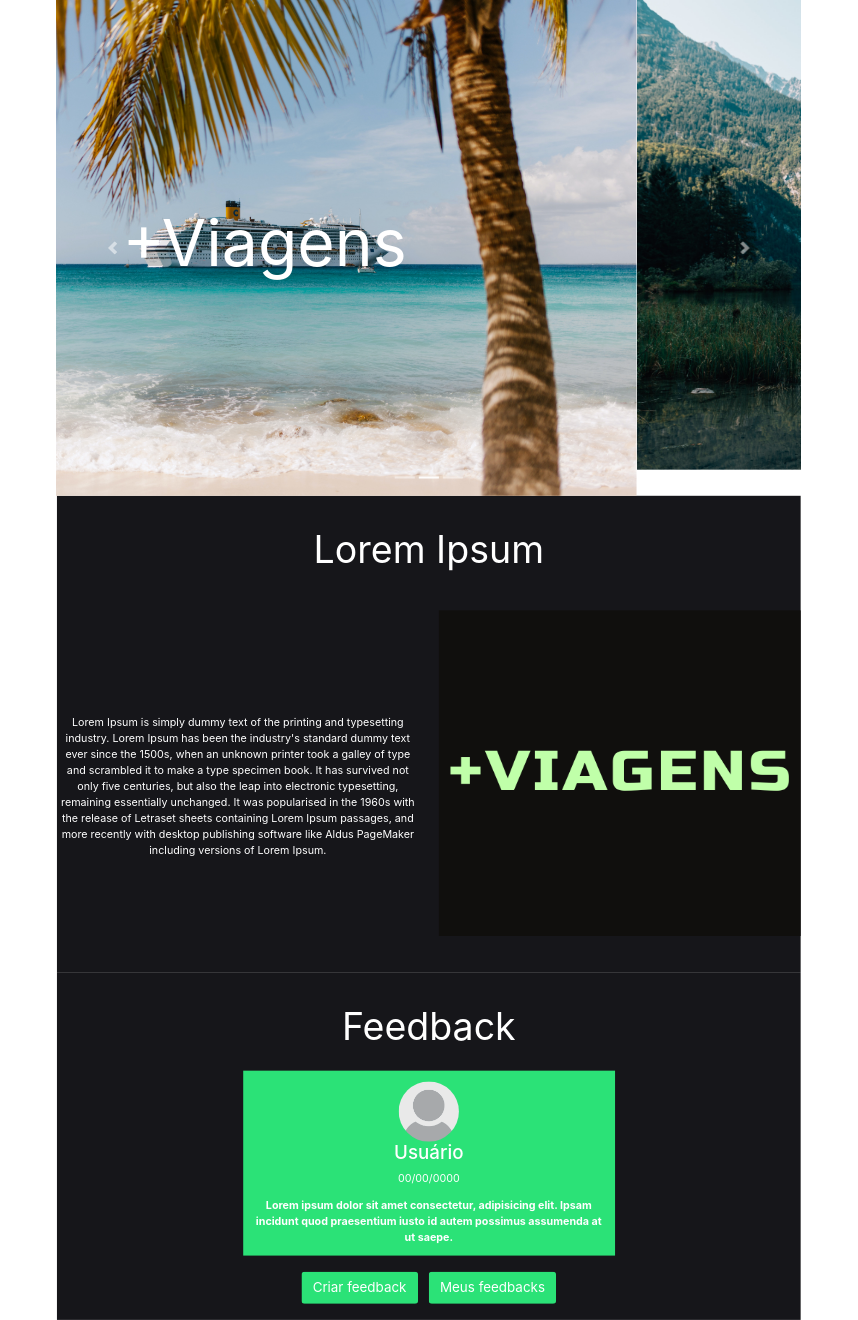
Repository: JulioSantooz/maisViagensSegundaVersao
Page: java-web(eclipse)/java-crud-mais-viagens/src/main/webapp/index.html
The author's editor kept a copy of each file at every save. The page is drawn from the files as they stood at one save, then again after the next save.
The browser window is 1280 px wide. The pictures show the whole page, at 67% of full size.
Some web libraries are served in a nearby version.

Above is the page before, as saved 2022-02-07 16:31:08.

### java-web(eclipse)/java-crud-mais-viagens/src/main/webapp/index.html
<!DOCTYPE html>
<html>
<head>
<meta charset="ISO-8859-1">
<link rel="stylesheet" href="https://maxcdn.bootstrapcdn.com/bootstrap/4.0.0/css/bootstrap.css">
<title>Insert title here</title>
</head>
<body>

<div class="container">

    <section id="carouselSite" class="carousel slide" data-ride="carousel">
        <ol class="carousel-indicators">
            <li data-target="#carouselSite" data-slide-to="0" class="active"></li>
            <li data-target="#carouselSite" data-slide-to="1"></li>
            <li data-target="#carouselSite" data-slide-to="2"></li>
        </ol>

        <div class="carousel-inner">
            <div class="carousel-item active">
                <img src="./img/foto-1.jpg" alt="Foto de carrossel" class=" img-fluid d-block">
                <div class="carousel-caption d-none d-md-block">
                    <h1 style="margin-bottom: 36%" class="display-1"><strong>+Viagens</strong></h1>
                </div>
            </div>
            <div class="carousel-item">
                <img src="./img/foto-2.jpg" alt="Foto de carrossel" class=" img-fluid d-block">
                <div class="carousel-caption d-none d-md-block">
                    <h1 style="margin-bottom: 36%" class="display-1"><strong>+Viagens</strong></h1>
                </div>
            </div>
            <div class="carousel-item">
                <img src="./img/foto-3.jpg" alt="Foto de carrossel" class=" img-fluid d-block">
                <div class="carousel-caption d-none d-md-block">
                    <h1 style="margin-bottom: 36%" class="display-1"><strong>+Viagens</strong></h1>
                </div>
            </div>
        </div>

        <a class="carousel-control-prev" href="#carouselSite" role="button" data-slide="prev">
            <span class="carousel-control-prev-icon"></span>
            <span class="sr-only">Anterior</span>
        </a>

        <a class="carousel-control-next" href="#carouselSite" role="button" data-slide="next">
            <span class="carousel-control-next-icon"></span>
            <span class="sr-only">Avançar</span>
        </a>
    </section>

    <article class="bg bg-primary">
        <div style="background-color: #16161a">
            <div class="row ">
                <div class="col-12 text-center my-5">
                    <h1 class="display-4 text-white"><strong>Lorem Ipsum</strong></h1>
                </div>
            </div>
            <div class="row">
                <div class="col-sm-12 col-md-8 col-lg-6 text-center d-flex align-items-center text-white">
                    <p>Lorem Ipsum is simply dummy text of the printing and typesetting industry.
                       Lorem Ipsum has been the industry's standard dummy text ever since the 1500s,
                       when an unknown printer took a galley of type and scrambled it to make a type
                       specimen book. It has survived not only five centuries, but also the leap into
                       electronic typesetting, remaining essentially unchanged. It was popularised in
                       the 1960s with the release of Letraset sheets containing Lorem Ipsum passages,
                       and more recently with desktop publishing software like Aldus PageMaker including
                       versions of Lorem Ipsum.</p>
                </div>
                <div class="col-sm-12 col-md-4 col-lg-6">
                    <img style="width: 100%; height: 90%;" src="./img/logo-agencia-de-viagens.png" alt="">
                </div>
            </div>
        </div>
    </article>

    <section style="background-color: #16161a;">
        <div class="row">
            <div class="col-12 text-center my-4">
                <h1 class="display-4 text-white mt-4"><strong>Feedback</strong></h1>
            </div>
            <div class="col-12 d-flex justify-content-center text-center">
                <div class=" col-sm-12 col-md-8 col-lg-6 text-white" style="background-color: rgb(43, 226, 119);">
                    <img style="width: 90px; border-radius: 50%" class="mt-3" src="./img/usuario.png" alt="">
                    <h3>Usuário</h3>
                    <p>00/00/0000</p>
                    <p><strong>Lorem ipsum dolor sit amet consectetur, adipisicing elit.
                        Ipsam incidunt quod praesentium iusto id autem possimus
                        assumenda at ut saepe.</strong></p>
                </div>
            </div>
        </div>
        <div class="row">
            <di class="col-12 d-flex justify-content-center my-4">
                <button type="button" class="btn btn-lg text-white mr-3" data-toggle="modal" data-target="#modalCriarFeedback" style="background-color: rgb(43, 226, 119);">
                    Criar feedback
                </button>
                <a class="btn btn-lg text-white" href="feedback.html" style="background-color: rgb(43, 226, 119);">
                    Meus feedbacks
                </a>

                  <!-- container do modal -->
                  <div class="modal" id="modalCriarFeedback">
                    <div class="modal-dialog">
                      <div class="modal-content">

                        <!-- cabecalho do modal -->
                        <div class="modal-header">
                          <h4 class="modal-title">Criar</h4>
                          <button type="button" class="close" data-dismiss="modal">&times;</button>
                        </div>

                        <!-- corpo do modal -->
                        <div class="modal-body">
                          <div class="container">
                              <h2 class="text-center">Feedback</h2>
                              <form action="/action_page.php" class="was-validated">
                                <div class="form-group">
                                  <label for="uname">Descrição:</label>
                                  <textarea  class="form-control" name="" id="uname" cols="30" rows="5"  placeholder="Digite..." required></textarea>
                                  <div class="valid-feedback">Preenchimento Válido</div>
                                  <div class="invalid-feedback">Campo Obrigatório</div>
                                </div>

                                  <div class="form-group">
                                  <label for="pwd">Data de criação:</label>
                                  <input type="date" class="form-control" id="pwd" placeholder="Digite a data" name="data" required>
                                  <div class="valid-feedback">Válido</div>
                                  <div class="invalid-feedback">Por favor, preencha a senha</div>
                                </div>

                                <button type="submit" class="btn btn-block my-4 text-white" style="background-color: rgb(43, 226, 119);">Criar</button>
                              </form>
                            </div>
                        </div>
                      </div>
                    </div>
                  </div>
            </di>
        </div>
    </section>

</div>

<script src="https://code.jquery.com/jquery-3.2.1.slim.min.js"></script>
<script src="https://cdnjs.cloudflare.com/ajax/libs/popper.js/1.12.9/umd/popper.min.js"></script>
<script src="https://maxcdn.bootstrapcdn.com/bootstrap/4.0.0/js/bootstrap.js"></script>

</body>
</html>

After the next save:
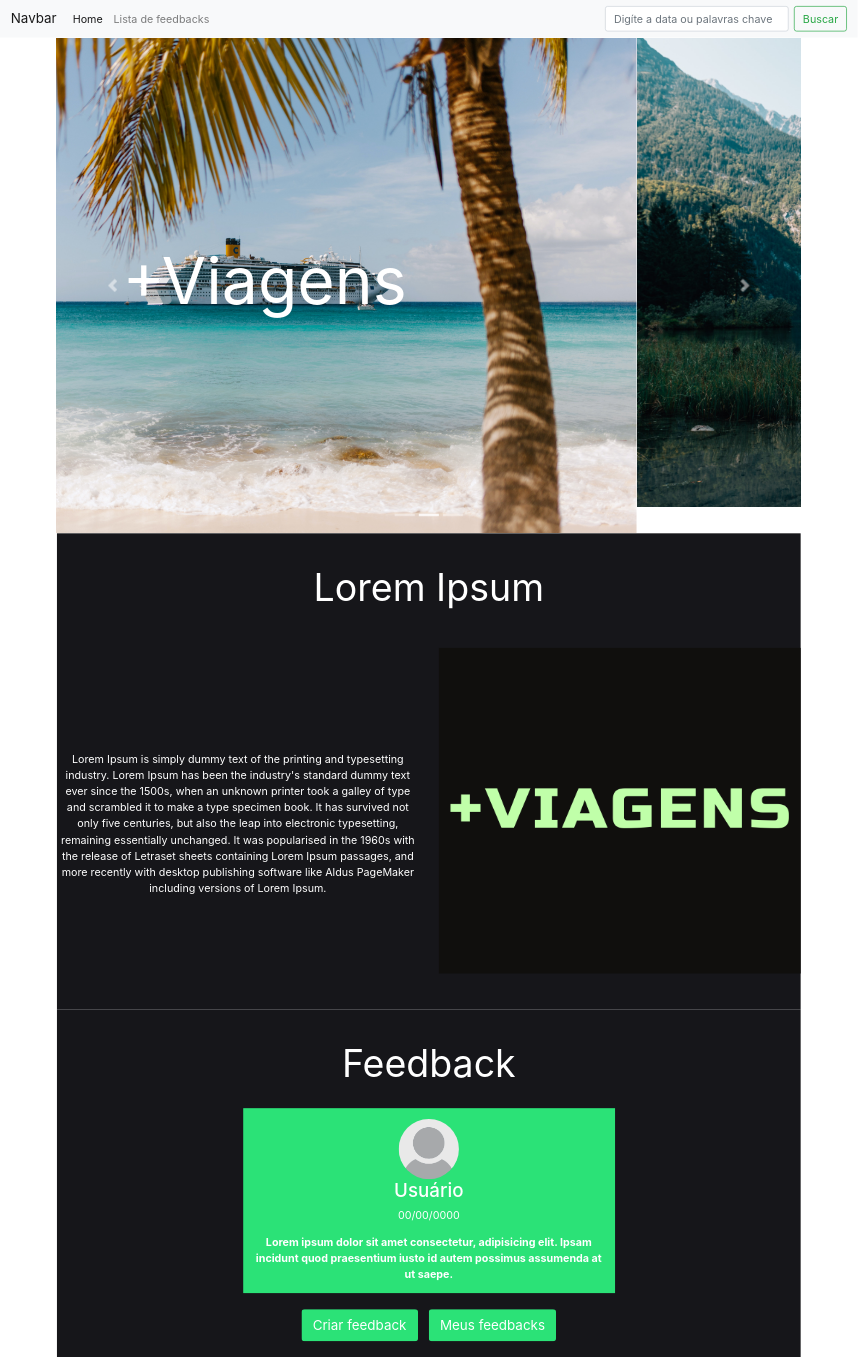
Saved 65 s later.
--- a/java-web(eclipse)/java-crud-mais-viagens/src/main/webapp/index.html
+++ b/java-web(eclipse)/java-crud-mais-viagens/src/main/webapp/index.html
@@ -6,6 +6,28 @@
 <title>Insert title here</title>
 </head>
 <body>
+
+<nav class="navbar navbar-expand-lg navbar-light bg-light">
+  <a class="navbar-brand" href="#">Navbar</a>
+  <button class="navbar-toggler" type="button" data-toggle="collapse" data-target="#navbarSupportedContent" aria-controls="navbarSupportedContent" aria-expanded="false" aria-label="Toggle navigation">
+    <span class="navbar-toggler-icon"></span>
+  </button>
+
+  <div class="collapse navbar-collapse" id="navbarSupportedContent">
+    <ul class="navbar-nav mr-auto">
+      <li class="nav-item active">
+        <a class="nav-link" href="descricao.html">Home <span class="sr-only">(current)</span></a>
+      </li>
+      <li class="nav-item">
+        <a class="nav-link" href="CreateAndFind">Lista de feedbacks</a>
+      </li>
+    </ul>
+    <form action="CreateAndFind" method="GET" class="form-inline my-2 my-lg-0">
+      <input name="pesquisa" class="form-control mr-sm-2" type="search" placeholder="Digíte a data ou palavras chave" aria-label="Search">
+      <button class="btn btn-outline-success my-2 my-sm-0" type="submit">Buscar</button>
+    </form>
+  </div>
+</nav>
 
 <div class="container">
 
